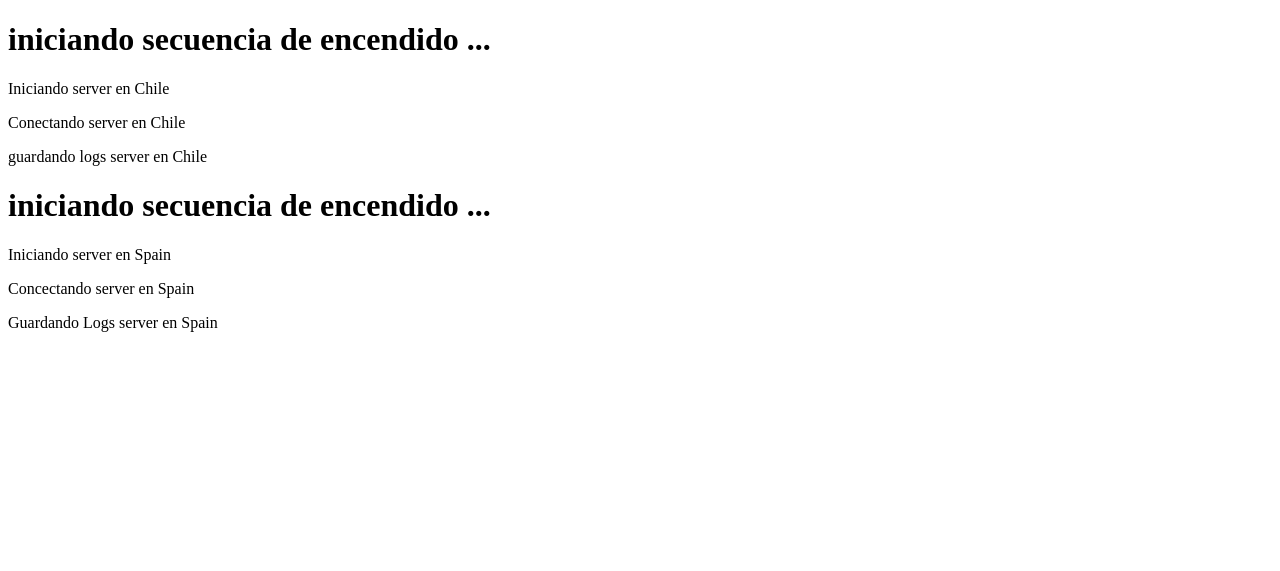
Repository: weertop/2DAW
Page: http://localhost/2patrones/commandPrueba.jsp
These files come from the project's save history. The page is drawn as it stood at one moment and after the next save; the edit follows.
The browser window is 1280 px wide. The pictures show the whole page.
The page is served by Tomcat 9.

Above is the page before, as saved 2019-12-04 10:50:53.

After the next save:
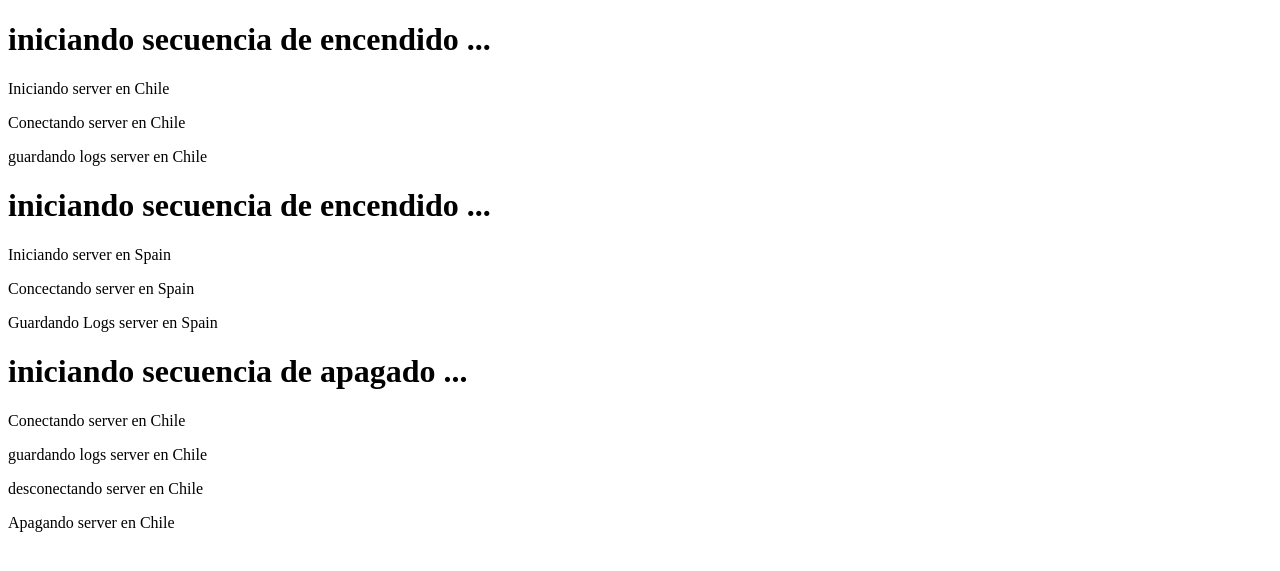
Saved 4 s later.
--- a/DWServidor/eclipse-workspace-photom/2patrones/WebContent/commandPrueba.jsp
+++ b/DWServidor/eclipse-workspace-photom/2patrones/WebContent/commandPrueba.jsp
@@ -19,6 +19,8 @@
 	out.println(comando2.execute());
 
 	comando1 = new ApagarServer(new ChileServer());
+
+	out.println(comando1.execute());
 %>
 </body>
 </html>
